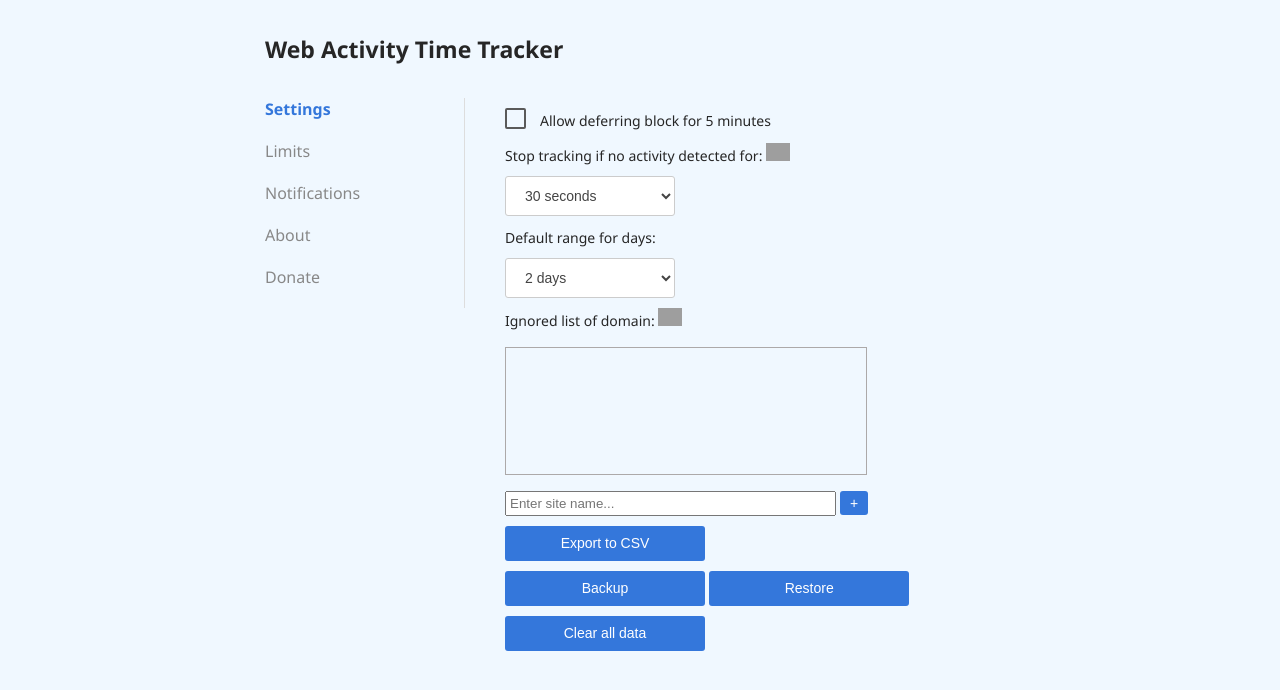
Repository: Inakhoyan/Lab-Project
Page: options.html
These files come from the project's save history. The page is drawn as it stood at one moment and after the next save; the edit follows.
The browser window is 1280 px wide. The pictures show the whole page.
Pictures or frames that could not be fetched are drawn as grey boxes.

Above is the page before, as saved 2022-11-19 00:43:13.
Console error: TypeError: Cannot read properties of null (reading 'addEventListener')

After the next save:
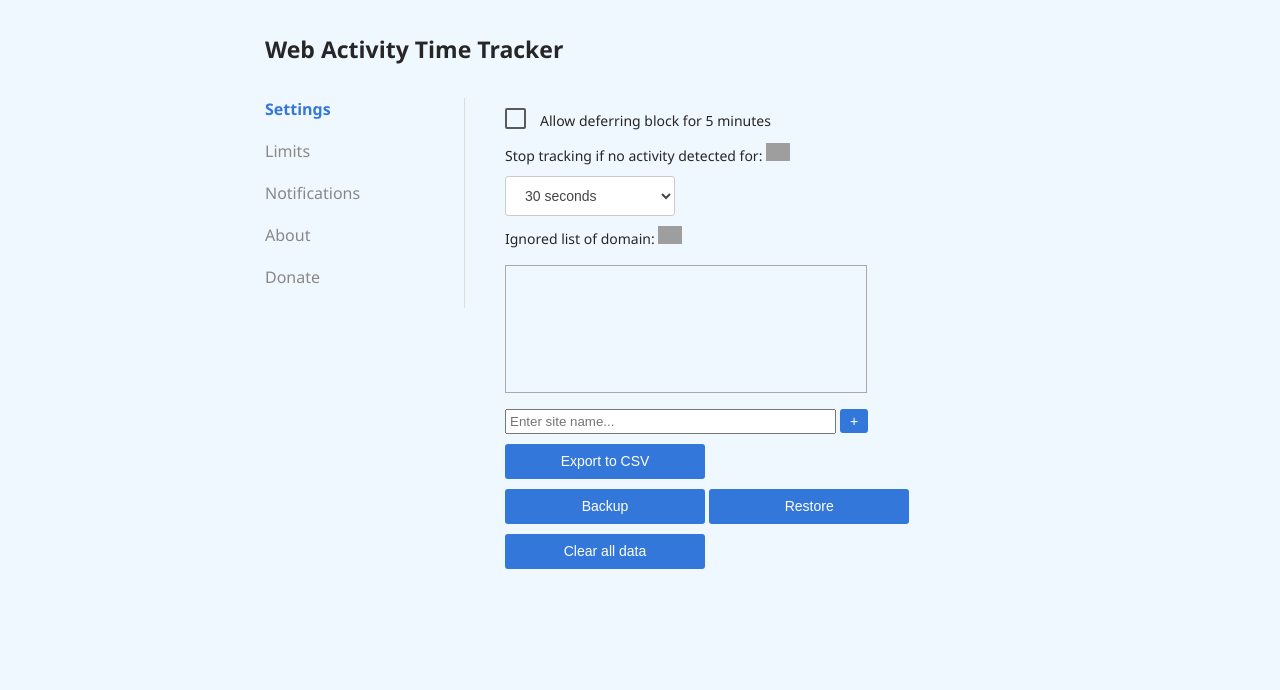
Saved 64 s later.
--- a/options.html
+++ b/options.html
@@ -56,20 +56,7 @@
                                 <option value="1800">30 mins</option>
                             </select>
                         </div>
-                        <div class="margin-top-10"><label>Default range for days:</label></div>
-                        <div class="margin-top-10">
-                            <select id="rangeToDays" class="option">
-                                <option value="days2">2 days</option>
-                                <option value="days3">3 days</option>
-                                <option value="days4">4 days</option>
-                                <option value="days5">5 days</option>
-                                <option value="days6">6 days</option>
-                                <option value="days7">7 days</option>
-                                <option value="month1">1 month</option>
-                                <option value="month2">2 month</option>
-                                <option value="month3">3 month</option>
-                            </select>
-                        </div>
+
                         <div class="margin-top-10">
                             <label>Ignored list of domain: </label>
                             <div class="tooltip"><img src="/icons/information.svg" height="18">
